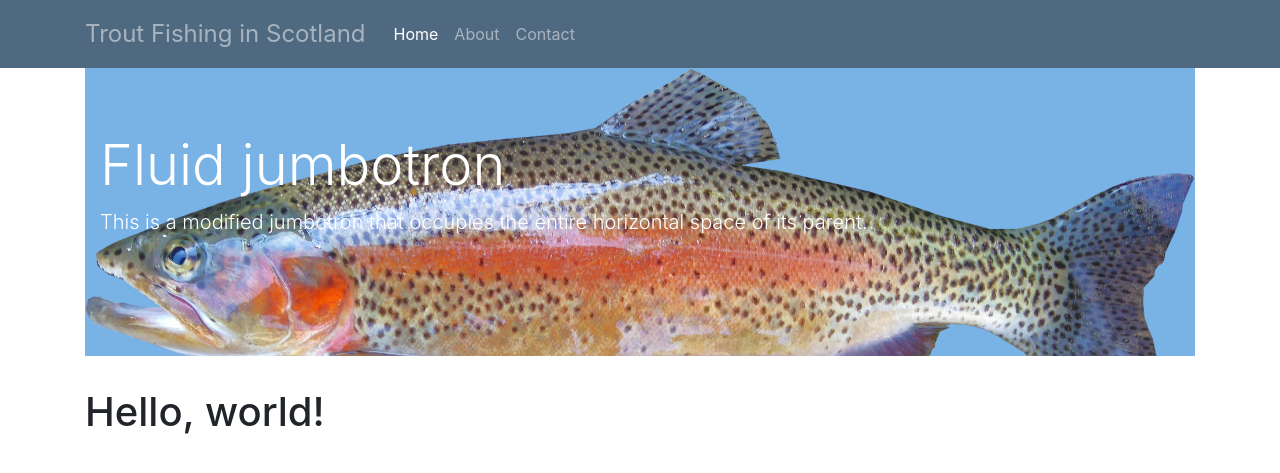
Repository: adrian9211/College_project
Page: index.html
These files come from the project's save history. The page is drawn as it stood at one moment and after the next save; the edit follows.
The browser window is 1280 px wide. The pictures show the whole page.

Above is the page before, as saved 2020-10-28 13:59:46.

### index.html
<!doctype html>
<html lang="en">
  <head>
    <!-- Required meta tags -->
    <meta charset="utf-8">
    <meta name="viewport" content="width=device-width, initial-scale=1, shrink-to-fit=no">

    <!-- Bootstrap CSS -->
    <link rel="stylesheet" href="https://cdn.jsdelivr.net/npm/bootstrap@4.5.3/dist/css/bootstrap.min.css" integrity="sha384-TX8t27EcRE3e/ihU7zmQxVncDAy5uIKz4rEkgIXeMed4M0jlfIDPvg6uqKI2xXr2" crossorigin="anonymous">
    <link rel="stylesheet" href="css/style.css">

    <title>Trout fishing in Scotland</title>
  </head>
  <body>
      <!-- Navigation  bar start -->
    <nav class="navbar navbar-expand-md navbar-dark sticky-top" role="navigation" id="navbar2" style="background-color: #4F6980;">
        <div class="container">
          <a href="index.html"><span class="navbar-text">Trout Fishing in Scotland</span></a>
          <button class="navbar-toggler" data-toggle="collapse" data-target="#collapse_target">
            <span class="navbar-toggler-icon"></span>
          </button>
          <div class="collapse navbar-collapse" id="collapse_target">
          <ul class="navbar-nav " >
            <li class="nav-item active">
              <a class="nav-link " href="index.html">Home </a>
            </li>
            <li class="nav-item ">
              <a class="nav-link " href="about.html">About</a>
            </li>
            <li class="nav-item ">
              <a class="nav-link " href="contact.html">Contact</a>
            </li>
          </ul>
        </div>
        </div>
      </nav>
      <!-- Navigation  bar end -->
      <div class="container">
        <div class="jumbotron jumbotron-fluid">
            <div class="container alt">
              <h1 class="display-4">Fluid jumbotron</h1>
              <p class="lead">This is a modified jumbotron that occupies the entire horizontal space of its parent.</p>
            </div>
        </div>
          <main>

          </main>
        <h1>Hello, world!</h1>

        </div>
    <!-- Scripts for bootstrap -->
    <script src="https://code.jquery.com/jquery-3.5.1.slim.min.js" integrity="sha384-DfXdz2htPH0lsSSs5nCTpuj/zy4C+OGpamoFVy38MVBnE+IbbVYUew+OrCXaRkfj" crossorigin="anonymous"></script>
    <script src="https://cdn.jsdelivr.net/npm/bootstrap@4.5.3/dist/js/bootstrap.bundle.min.js" integrity="sha384-ho+j7jyWK8fNQe+A12Hb8AhRq26LrZ/JpcUGGOn+Y7RsweNrtN/tE3MoK7ZeZDyx" crossorigin="anonymous"></script>
  </body>
</html>

### css/style.css
.jumbotron {
    background-image: url("../img/trout.png");
    background-color: #79b3e6;
    background-size: cover;
    height: 40vh;
}

.alt h1, p {
    color: #fff;
}

.navbar-text {
    font-size: 1.5rem;
    padding-right: 20px;
}

After the next save:
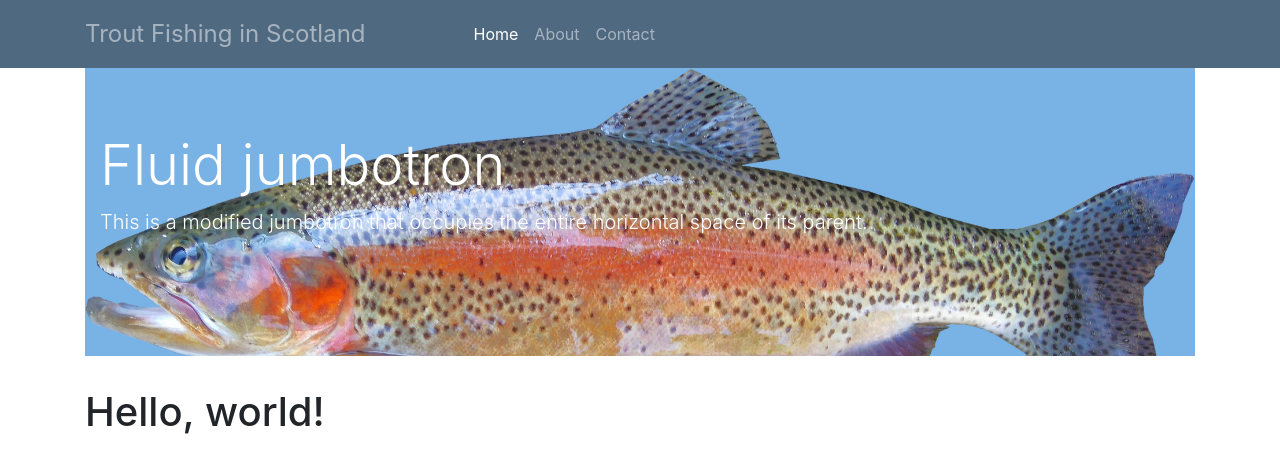
Saved 5 s later.
--- a/css/style.css
+++ b/css/style.css
@@ -11,5 +11,5 @@
 
 .navbar-text {
     font-size: 1.5rem;
-    padding-right: 20px;
+    padding-right: 100px;
 }
